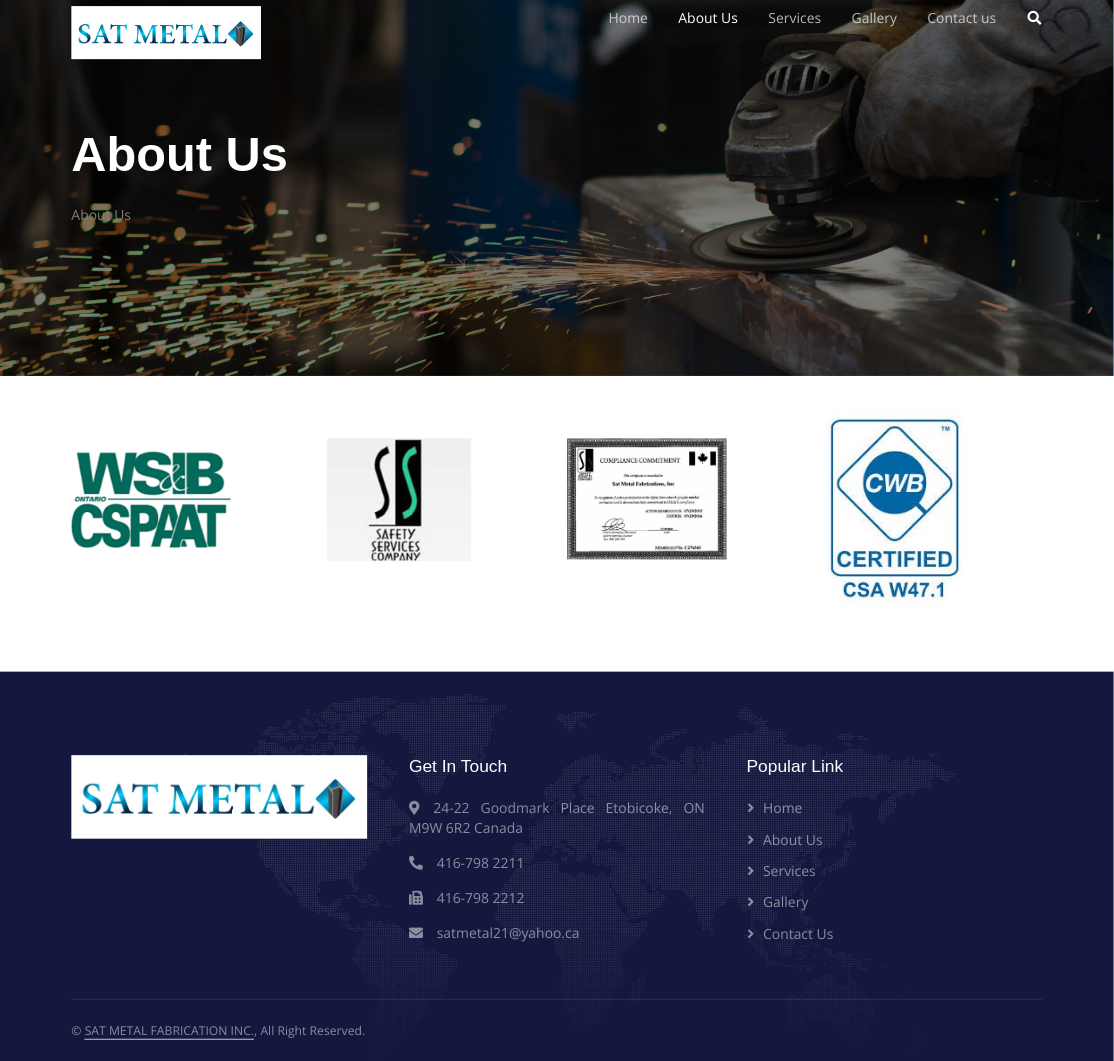
Repository: dzyte-services/satmetal
Page: http://localhost/about.php
The author's editor kept a copy of each file at every save. The page is drawn from the files as they stood at one save, then again after the next save.
The browser window is 1280 px wide. The pictures show the whole page, at 87% of full size.
Some web fonts or font styles are not loaded; a fallback is used. Some web libraries are served in a nearby version. The page is run by PHP 8.4 with error messages shown; the project is at /var/www/html/.

Above is the page before, as saved 2023-11-08 17:53:00.

### about.php
<!DOCTYPE html>
<html lang="en">

<head>
    <meta charset="utf-8">
    <title>SAT - About</title>
    <meta content="width=device-width, initial-scale=1.0" name="viewport">
    <meta content="" name="keywords">
    <meta content="" name="description">

    <!-- Favicon -->
    <link href="img/favicon.ico" rel="icon">

    <!-- Google Web Fonts -->
    <link rel="preconnect" href="https://fonts.googleapis.com">
    <link rel="preconnect" href="https://fonts.gstatic.com" crossorigin>
    <link href="https://fonts.googleapis.com/css2?family=Open+Sans:wght@400;600&family=Ubuntu:wght@500;700&display=swap"
        rel="stylesheet">

    <!-- Icon Font Stylesheet -->
    <link href="https://cdnjs.cloudflare.com/ajax/libs/font-awesome/5.10.0/css/all.min.css" rel="stylesheet">
    <link href="https://cdn.jsdelivr.net/npm/bootstrap-icons@1.4.1/font/bootstrap-icons.css" rel="stylesheet">

    <!-- Libraries Stylesheet -->
    <link href="lib/animate/animate.min.css" rel="stylesheet">
    <link href="lib/owlcarousel/assets/owl.carousel.min.css" rel="stylesheet">

    <!-- Customized Bootstrap Stylesheet -->
    <link href="css/bootstrap.min.css" rel="stylesheet">

    <!-- Template Stylesheet -->
    <link href="css/style.css" rel="stylesheet">
</head>

<body>
    <!-- Spinner Start -->
    <!-- <div id="spinner"
        class="show bg-white position-fixed translate-middle w-100 vh-100 top-50 start-50 d-flex align-items-center justify-content-center">
        <div class="spinner-grow text-primary" style="width: 3rem; height: 3rem;" role="status">
            <span class="sr-only">Loading...</span>
        </div>
    </div> -->
    <!-- Spinner End -->


    <!-- Navbar Start -->
    <?php
        include "header.php";
    ?>
    <!-- Navbar End -->





    <!-- Full Screen Search Start -->
    <div class="modal fade" id="searchModal" tabindex="-1">
        <div class="modal-dialog modal-fullscreen">
            <div class="modal-content" style="background: rgba(20, 24, 62, 0.7);">
                <div class="modal-header border-0">
                    <button type="button" class="btn btn-square bg-white btn-close" data-bs-dismiss="modal"
                        aria-label="Close"></button>
                </div>
                <div class="modal-body d-flex align-items-center justify-content-center">
                    <div class="input-group" style="max-width: 600px;">
                        <input type="text" class="form-control bg-transparent border-light p-3"
                            placeholder="Type search keyword">
                        <button class="btn btn-light px-4"><i class="bi bi-search"></i></button>
                    </div>
                </div>
            </div>
        </div>
    </div>
    <!-- Full Screen Search End -->


    <!-- About Start -->
    <!-- Modal gallery -->
    <!-- Section: Images -->
    <div class="container-fluid py-5">
        <div class="container">
        <div class="row mt-4">
    <div class="col-lg-3 col-md-4 col-sm-6 mb-4">
        <div class="bg-image hover-overlay ripple shadow-1-strong rounded" data-ripple-color="light">
            <img src="img/img2.png" class="" style="width: 70%;" />
            <a href="#!" data-mdb-toggle="modal" data-mdb-target="#exampleModal2">
                <div class="mask" style="background-color: rgba(251, 251, 251, 0.2);"></div>
            </a>
        </div>
    </div>

    <div class="col-lg-3 col-md-4 col-sm-6 mb-4">
        <div class="bg-image hover-overlay ripple shadow-1-strong rounded" data-ripple-color="light">
            <img src="img/img3.png" class="" style="width: 70%;" />
            <a href="#!" data-mdb-toggle="modal" data-mdb-target="#exampleModal2">
                <div class="mask" style="background-color: rgba(251, 251, 251, 0.2);"></div>
            </a>
        </div>
    </div>

    <div class="col-lg-3 col-md-4 col-sm-6 mb-4">
        <div class="bg-image hover-overlay ripple shadow-1-strong rounded" data-ripple-color="light">
            <img src="img/img1.png" class="" style="width: 70%;" />
            <a href="#!" data-mdb-toggle="modal" data-mdb-target="#exampleModal2">
                <div class="mask" style="background-color: rgba(251, 251, 251, 0.2);"></div>
            </a>
        </div>
    </div>

    <div class="col-lg-3 col-md-4 col-sm-6 mb-4">
        <div class="bg-image hover-overlay ripple shadow-1-strong rounded" data-ripple-color="light">
            <img src="img/img4.jpeg" class="" style="width: 70%; margin-top: -35px;" />
            <a href="#!" data-mdb-toggle="modal" data-mdb-target="#exampleModal2">
                <div class="mask" style="background-color: rgba(251, 251, 251, 0.2);"></div>
            </a>
        </div>
    </div>
</div>


        </div>
    </div>


    <!-- Footer Start -->
    <?php
        include "footer.php";
    ?>
    <!-- Footer End -->


    <!-- Back to Top -->
    <a href="#" class="btn btn-lg btn-primary btn-lg-square back-to-top pt-2"><i class="bi bi-arrow-up"></i></a>


    <!-- JavaScript Libraries -->
    <script src="https://ajax.googleapis.com/ajax/libs/jquery/3.6.1/jquery.min.js"></script>
    <script src="https://cdn.jsdelivr.net/npm/bootstrap@5.0.0/dist/js/bootstrap.bundle.min.js"></script>
    <script src="lib/wow/wow.min.js"></script>
    <script src="lib/easing/easing.min.js"></script>
    <script src="lib/waypoints/waypoints.min.js"></script>
    <script src="lib/counterup/counterup.min.js"></script>
    <script src="lib/owlcarousel/owl.carousel.min.js"></script>

    <!-- Template Javascript -->
    <script src="js/main.js"></script>
</body>

</html>

### header.php
    <?php
        $currentPage1 = basename($_SERVER['PHP_SELF']);
    ?>
    <!-- Spinner Start -->
    <div id="spinner"
        class="show bg-white position-fixed translate-middle w-100 vh-100 top-50 start-50 d-flex align-items-center justify-content-center">
        <div class="spinner-grow text-primary" style="width: 3rem; height: 3rem;" role="status">
            <span class="sr-only">Loading...</span>
        </div>
    </div>
    <!-- Spinner End -->


    <!-- Navbar Start -->
    <div class="container-fluid sticky-top">
        <div class="container">
            <nav class="navbar navbar-expand-lg navbar-dark p-0">
                <div class="row">
                    <div class="col-lg-6">
                        <a href="index.php" class="navbar-brand">
                            <img class="img-fluid" width="40%" height="40%" src="img/logo2.jpeg" alt="">
                        </a>
                        <button type="button" class="navbar-toggler ms-auto me-0" data-bs-toggle="collapse"
                            data-bs-target="#navbarCollapse">
                            <span class="navbar-toggler-icon"></span>
                        </button>
                    </div>
                    <div class="col-lg-6 ">
                    <div class="collapse navbar-collapse" id="navbarCollapse">
                    <div class="navbar-nav ms-auto">
                        <a href="index.php" class="nav-item nav-link  <?php echo ($currentPage1 === 'index.php') ? 'active' : ''; ?>">Home</a>
                        <a href="about.php" class="nav-item nav-link <?php echo ($currentPage1 === 'about.php') ? 'active' : ''; ?>">About Us</a>
                        <a href="service.php" class="nav-item nav-link <?php echo ($currentPage1 === 'service.php') ? 'active' : ''; ?>">Services</a>
                        <a href="project.php" class="nav-item nav-link <?php echo ($currentPage1 === 'project.php') ? 'active' : ''; ?>">Gallery</a>

                        <a href="contact.php" class="nav-item nav-link <?php echo ($currentPage1 === 'contact.php') ? 'active' : ''; ?>">Contact us</a>
                    </div>
                    <butaton type="button" class="btn text-white p-0 d-none d-lg-block" data-bs-toggle="modal"
                        data-bs-target="#searchModal"><i class="fa fa-search"></i></butaton>
                </div>
                    </div>
                </div>


            </nav>
        </div>
    </div>
    <!-- Navbar End -->

    <div>
          <?php
                $currentPage = $_SERVER['SCRIPT_NAME'];
                $current_page = basename($currentPage);

                if ($current_page === "index.php") {
                    include("header/home.php");
                } elseif ($current_page === "about.php") {
                    include("header/about.php");
                } elseif ($current_page === "service.php") {
                    include("header/service.php");
                } elseif ($current_page === "project.php") {
                    include("header/gallery.php");
                } elseif ($current_page === "contact.php") {
                    include("header/contact.php");
                }



            ?>
    </div>

### header/about.php
<!-- Hero Start -->
<div class="container-fluid pt-5 bg-primary hero-header">
        <div class="container pt-5">
            <div class="row g-5 pt-5">
                <div class="col-lg-6 align-self-center text-center text-lg-start mb-lg-5">
                    <h1 class="display-4 text-white mb-4 animated slideInRight">About Us</h1>
                    <nav aria-label="breadcrumb">
                        <ol class="breadcrumb justify-content-center justify-content-lg-start mb-0">
                            <!-- <li class="breadcrumb-item"><a class="text-white" href="#">Home</a></li> -->
                            <!-- <li class="breadcrumb-item"><a class="text-white" href="#">Pages</a></li> -->
                            <li class="breadcrumb-item text-white active" aria-current="page">About Us</li>
                        </ol>
                    </nav>
                </div>
            </div>
        </div>
    </div>
    <!-- Hero End -->

### css/style.css
/********** Template CSS **********/
:root {
    --primary: #1363C6;
    --secondary: #15ACE1;
    --light: #F4F7FE;
    --dark: #14183E;
}


/*** Spinner ***/
#spinner {
    opacity: 0;
    visibility: hidden;
    transition: opacity .5s ease-out, visibility 0s linear .5s;
    z-index: 99999;
}

#spinner.show {
    transition: opacity .5s ease-out, visibility 0s linear 0s;
    visibility: visible;
    opacity: 1;
}

.back-to-top {
    position: fixed;
    display: none;
    right: 45px;
    bottom: 45px;
    z-index: 99;
}


/*** Heading ***/
h1,
h2,
h3,
.fw-bold {
    font-weight: 700 !important;
}

h4,
h5,
h6,
.fw-medium {
    font-weight: 500 !important;
}


/*** Button ***/
.btn {
    font-weight: 500;
    transition: .5s;
}

.btn-square {
    width: 38px;
    height: 38px;
}

.btn-sm-square {
    width: 32px;
    height: 32px;
}

.btn-lg-square {
    width: 48px;
    height: 48px;
}

.btn-square,
.btn-sm-square,
.btn-lg-square {
    padding: 0;
    display: flex;
    align-items: center;
    justify-content: center;
    font-weight: normal;
    border-radius: 50px;
}


/*** Navbar ***/
.sticky-top {
    top: -150px;
    transition: .5s;
}

.navbar {
    padding: 11px 0 !important;
    height: 75px;
}

.navbar .navbar-nav .nav-link {
    margin-right: 35px;
    padding: 0;
    color: rgba(255, 255, 255, .7);
    outline: none;
}

.navbar .navbar-nav .nav-link:hover,
.navbar .navbar-nav .nav-link.active {
    color: rgba(255, 255, 255, 1);
}

.navbar .dropdown-toggle::after {
    border: none;
    content: "\f107";
    font-family: "Font Awesome 5 Free";
    font-weight: 900;
    vertical-align: middle;
    margin-left: 8px;
}

@media (max-width: 991.98px) {
    .navbar .navbar-nav {
        padding: 0 15px;
        background: var(--primary);
    }

    .navbar .navbar-nav .nav-link  {
        margin-right: 0;
        padding: 10px 0;
    }
}

@media (min-width: 992px) {
    .navbar .nav-item .dropdown-menu {
        display: block;
        border: none;
        margin-top: 0;
        top: 150%;
        opacity: 0;
        visibility: hidden;
        transition: .5s;
    }

    .navbar .nav-item:hover .dropdown-menu {
        top: 100%;
        visibility: visible;
        transition: .5s;
        opacity: 1;
    }
}


/*** Hero Header ***/
.hero-header {
    margin-top: -75px;
    background: url(../img/background.webp) center center no-repeat ;
    background-size: cover;
    width: 100%;
    background-size: cover;
    position: relative;
    min-height: 60vh;
    padding: 160px 0 60px 0;

}
.hero-header::before {
    content: "";
    position: absolute;
    top: 0;
    left: 0;
    width: 100%;
    height: 100%;
    background: rgba(0, 0, 0, 0.5); /* Adjust the opacity as needed (0.5 for 50% opacity) */
}

.hero-header .breadcrumb-item+.breadcrumb-item::before {
    color: var(--light);
}


/*** Section Title ***/
.section-title::before {
    position: absolute;
    content: "";
    width: 45px;
    height: 4px;
    bottom: 0;
    left: 0;
    background: var(--dark);
}

.section-title::after {
    position: absolute;
    content: "";
    width: 4px;
    height: 4px;
    bottom: 0;
    left: 50px;
    background: var(--dark);
}

.section-title.text-center::before {
    left: 50%;
    margin-left: -25px;
}

.section-title.text-center::after {
    left: 50%;
    margin-left: 25px;
}

.section-title h6::before,
.section-title h6::after {
    position: absolute;
    content: "";
    width: 10px;
    height: 10px;
    top: 2px;
    left: 0;
    background: rgba(33, 66, 177, .5);
}

.section-title h6::after {
    top: 5px;
    left: 3px;
}


/*** About ***/
.about-img {
    position: relative;
    overflow: hidden;
}

.about-img::after {
    position: absolute;
    content: "";
    width: 100%;
    height: 100%;
    top: 0;
    left: 0;
    background: url(../img/bg-about-img.png) top left no-repeat;
    background-size: contain;
}


/*** Service ***/
.service-item {
    position: relative;
    padding: 45px 30px;
    background: #FFFFFF;
    transition: .5s;
}

.service-item:hover {
    background: var(--primary);
}

.service-item .service-icon {
    margin: 0 auto 20px auto;
    width: 90px;
    height: 90px;
    color: var(--primary);
    background: var(--light);
    transition: .5s;
}

.service-item:hover .service-icon {
    background: #FFFFFF;
}

.service-item h5,
.service-item p {
    transition: .5s;
}

.service-item:hover h5,
.service-item:hover p {
    color: #FFFFFF;
}

.service-item a.btn {
    position: relative;
    display: flex;
    color: var(--primary);
    transition: .5s;
    z-index: 1;
}

.service-item:hover a.btn {
    color: var(--primary);
}

.service-item a.btn::before {
    position: absolute;
    content: "";
    width: 35px;
    height: 35px;
    top: 0;
    left: 0;
    border-radius: 35px;
    background: var(--light);
    transition: .5s;
    z-index: -1;
}

.service-item:hover a.btn::before {
    width: 100%;
    background: var(--light);
}


/*** Feature ***/
.feature {
    background: url(../img/bg-hero.png) center center no-repeat;
    background-size: cover;
}


/*** Newsletter ***/
.newsletter {
    background: url(../img/bg-hero.png) center center no-repeat;
    background-size: cover;
}

@media (min-width: 992px) {
    .newsletter .container {
        max-width: 100% !important;
    }

    .newsletter .newsletter-text  {
        padding-right: calc(((100% - 960px) / 2) + .75rem);
    }
}

@media (min-width: 1200px) {
    .newsletter .newsletter-text  {
        padding-right: calc(((100% - 1140px) / 2) + .75rem);
    }
}

@media (min-width: 1400px) {
    .newsletter .newsletter-text  {
        padding-right: calc(((100% - 1320px) / 2) + .75rem);
    }
}


/*** Case Study ***/
.case-item img {
    transition: .5s;
}

.case-item:hover img {
    transform: scale(1.2);
}

.case-overlay {
    position: absolute;
    padding: 30px;
    width: 100%;
    height: 100%;
    top: 0;
    left: 0;
    display: flex;
    flex-direction: column;
    align-items: flex-start;
    justify-content: flex-end;
    background: linear-gradient(rgba(20, 24, 62, 0), var(--dark));
    z-index: 1;
}

.case-overlay small {
    display: inline-block;
    padding: 3px 15px;
    color: #FFFFFF;
    background: rgba(20, 24, 62, .7);
    border-radius: 25px;
    margin-bottom: 15px;
}

.case-overlay span.btn:hover {
    color: var(--primary);
    background: #FFFFFF;
    border-color: #FFFFFF;
}


/*** FAQs ***/
.accordion .accordion-item {
    border: none;
    margin-bottom: 15px;
}

.accordion .accordion-button {
    background: var(--light);
    border-radius: 2px;
}

.accordion .accordion-button:not(.collapsed) {
    color: #FFFFFF;
    background: var(--primary);
    box-shadow: none;
}

.accordion .accordion-button:not(.collapsed)::after {
    background-image: url("data:[embedded picture, 261 characters]");
}

.accordion .accordion-body {
    padding: 15px 0 0 0;
}


/*** Testimonial ***/
.testimonial-carousel {
    position: relative;
}

.testimonial-carousel .owl-nav {
    position: absolute;
    width: 40px;
    height: 100%;
    top: calc(50% - 50px);
    left: -21px;
    display: flex;
    flex-direction: column;
    align-items: center;
}

.testimonial-carousel .owl-nav .owl-prev,
.testimonial-carousel .owl-nav .owl-next {
    margin: 5px 0;
    width: 40px;
    height: 40px;
    display: flex;
    align-items: center;
    justify-content: center;
    color: var(--primary);
    background: #FFFFFF;
    border: 1px solid var(--primary);
    border-radius: 40px;
    font-size: 18px;
    transition: .5s;
}

.testimonial-carousel .owl-nav .owl-prev:hover,
.testimonial-carousel .owl-nav .owl-next:hover {
    background: var(--primary);
    color: #FFFFFF;
}

.testimonial-carousel .owl-dots {
    margin-top: 35px;
    margin-left: 3rem;
}

.testimonial-carousel .owl-dot {
    position: relative;
    display: inline-block;
    margin-right: 10px;
    width: 15px;
    height: 15px;
    background: #FFFFFF;
    border: 1px solid var(--primary);
    border-radius: 15px;
    transition: .5s;
}

.testimonial-carousel .owl-dot.active {
    width: 30px;
    background: var(--primary);
}


/*** Team ***/
.team-item {
    transition: .5s;
    border: 1px solid transparent;
    transition: .5s;
}

.team-item:hover {

    border-color: var(--primary);
}


/*** Footer ***/
.footer {
    background: url(../img/footer.png) center center no-repeat;
    background-size: contain;
}

.footer .btn.btn-social {
    margin-right: 5px;
    width: 40px;
    height: 40px;
    display: flex;
    align-items: center;
    justify-content: center;
    color: rgba(255,255,255,.5);
    border: 1px solid rgba(256, 256, 256, .1);
    border-radius: 40px;
    transition: .3s;
}

.footer .btn.btn-social:hover {
    color: var(--primary);
}

.footer .btn.btn-link {
    display: block;
    margin-bottom: 10px;
    padding: 0;
    text-align: left;
    color: rgba(255,255,255,.5);
    font-weight: normal;
    transition: .3s;
}

.footer .btn.btn-link:hover {
    color: #FFFFFF;
}

.footer .btn.btn-link::before {
    position: relative;
    content: "\f105";
    font-family: "Font Awesome 5 Free";
    font-weight: 900;
    margin-right: 10px;
}

.footer .btn.btn-link:hover {
    letter-spacing: 1px;
    box-shadow: none;
}

.footer .copyright {
    padding: 25px 0;
    font-size: 14px;
    border-top: 1px solid rgba(256, 256, 256, .1);
}

.footer .copyright a {
    color: rgba(255,255,255,.5);
}

.footer .copyright a:hover {
    color: #FFFFFF;
}

.footer .footer-menu a {
    margin-right: 15px;
    padding-right: 15px;
    border-right: 1px solid rgba(255, 255, 255, .1);
}

.footer .footer-menu a:last-child {
    margin-right: 0;
    padding-right: 0;
    border-right: none;
}

Loaded but not shown: lib/animate/animate.min.css (library); lib/owlcarousel/assets/owl.carousel.min.css (common file); css/bootstrap.min.css (library); lib/wow/wow.min.js (library); lib/easing/easing.min.js (common file); lib/waypoints/waypoints.min.js (library); lib/counterup/counterup.min.js (common file); lib/owlcarousel/owl.carousel.min.js (library); js/main.js (64 lines, source omitted); footer.php (70 lines, source omitted)

After the next save:
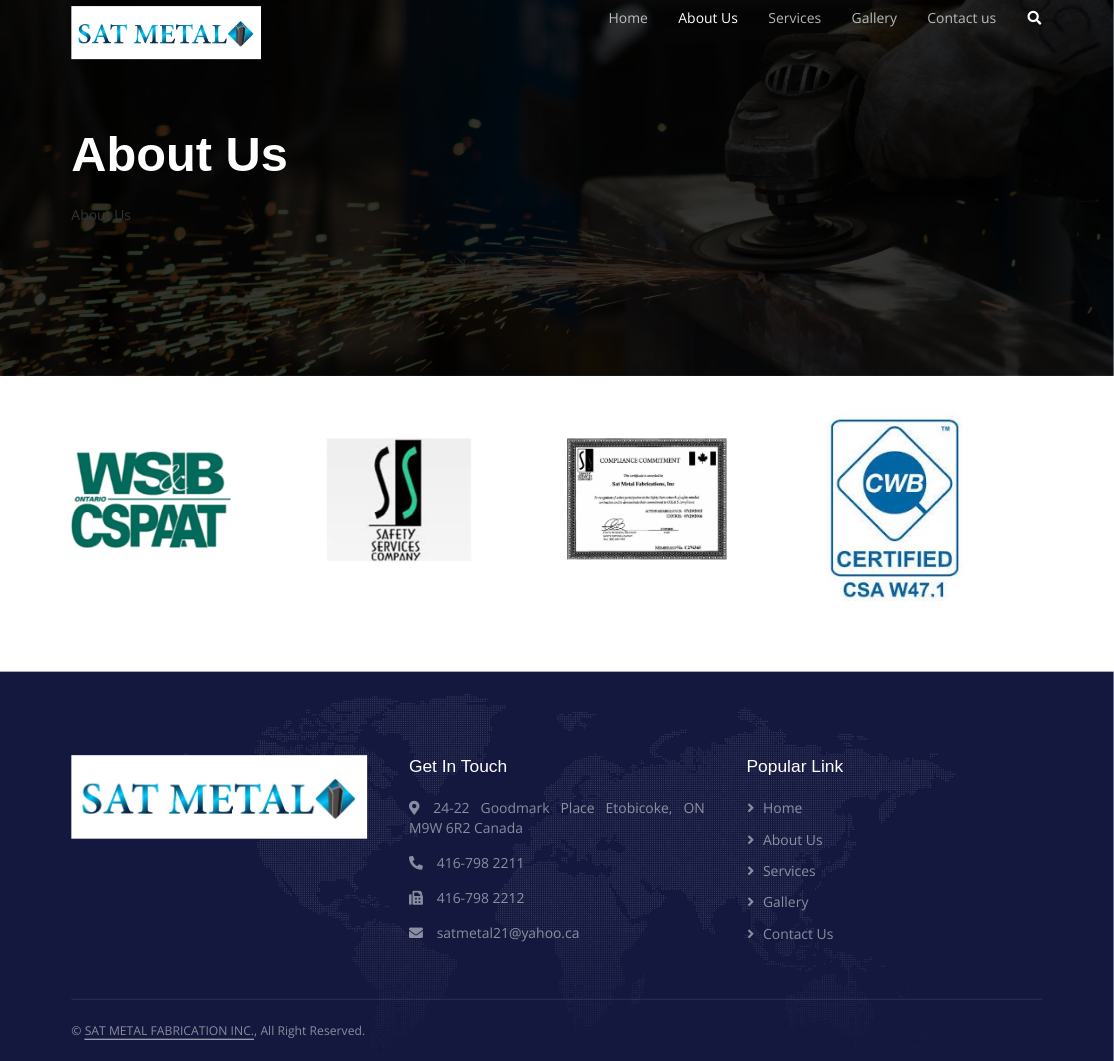
Saved 21 h 22 min later.
--- a/css/style.css
+++ b/css/style.css
@@ -162,7 +162,7 @@
     left: 0;
     width: 100%;
     height: 100%;
-    background: rgba(0, 0, 0, 0.5); /* Adjust the opacity as needed (0.5 for 50% opacity) */
+    background: rgba(0, 0, 0, 0.8); /* Adjust the opacity as needed (0.5 for 50% opacity) */
 }
 
 .hero-header .breadcrumb-item+.breadcrumb-item::before {
